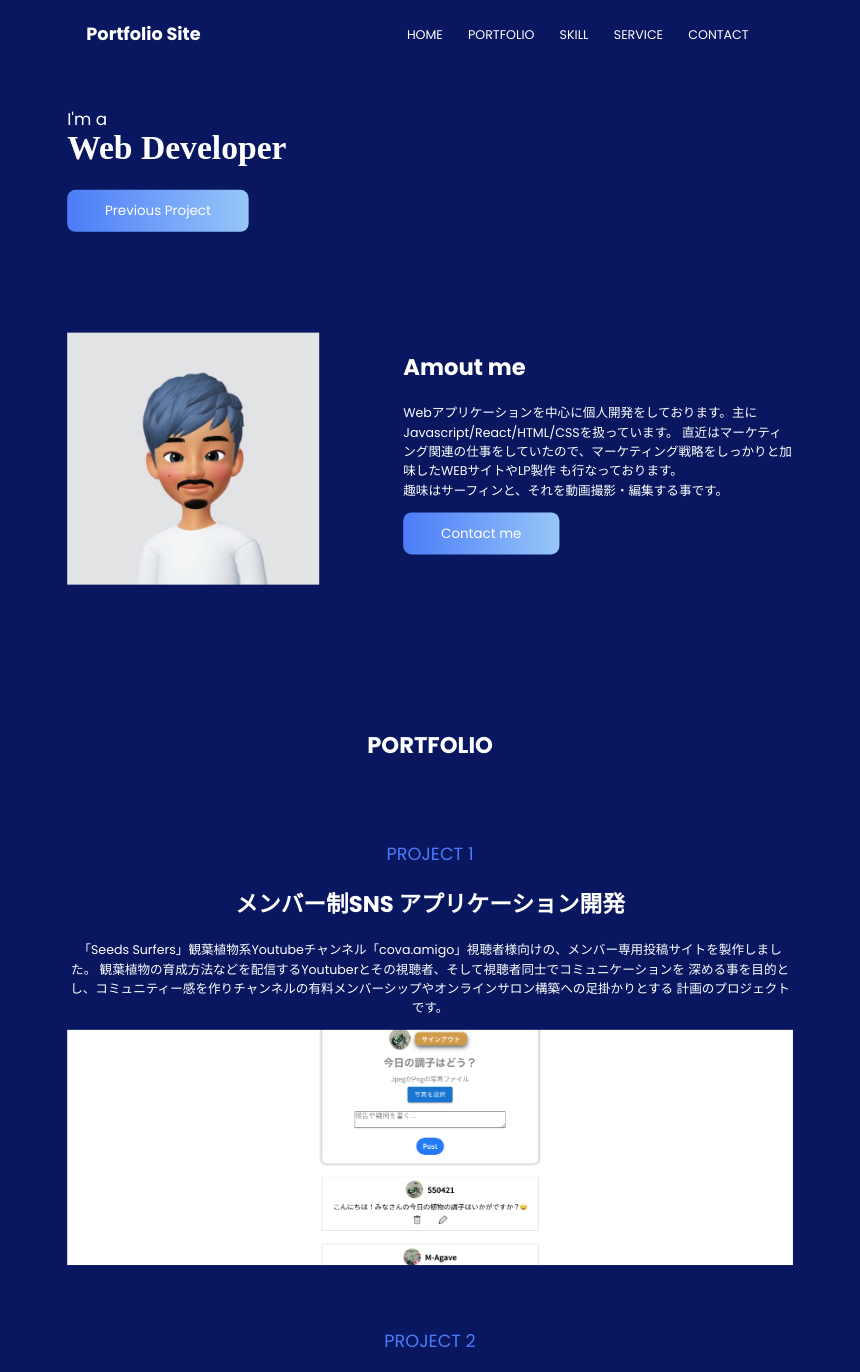
Repository: Seiya00002/my-portfolio-website2
Page: /
These files come from the project's save history. The page is drawn as it stood at one moment and after the next save; the edit follows.
The browser window is 1024 px wide. The pictures show the part of the page from y = 0 to 1633 px (the page is 4005 px tall), at 84% of full size.
Pictures or frames that could not be fetched are drawn as grey boxes. Some web fonts or font styles are not loaded; a fallback is used. The project was rebuilt for these pictures with package versions that can differ from the ones it lists, and the page was loaded fresh each time.

Above is the page before, as saved 2023-09-26 09:15:15.

After the next save:
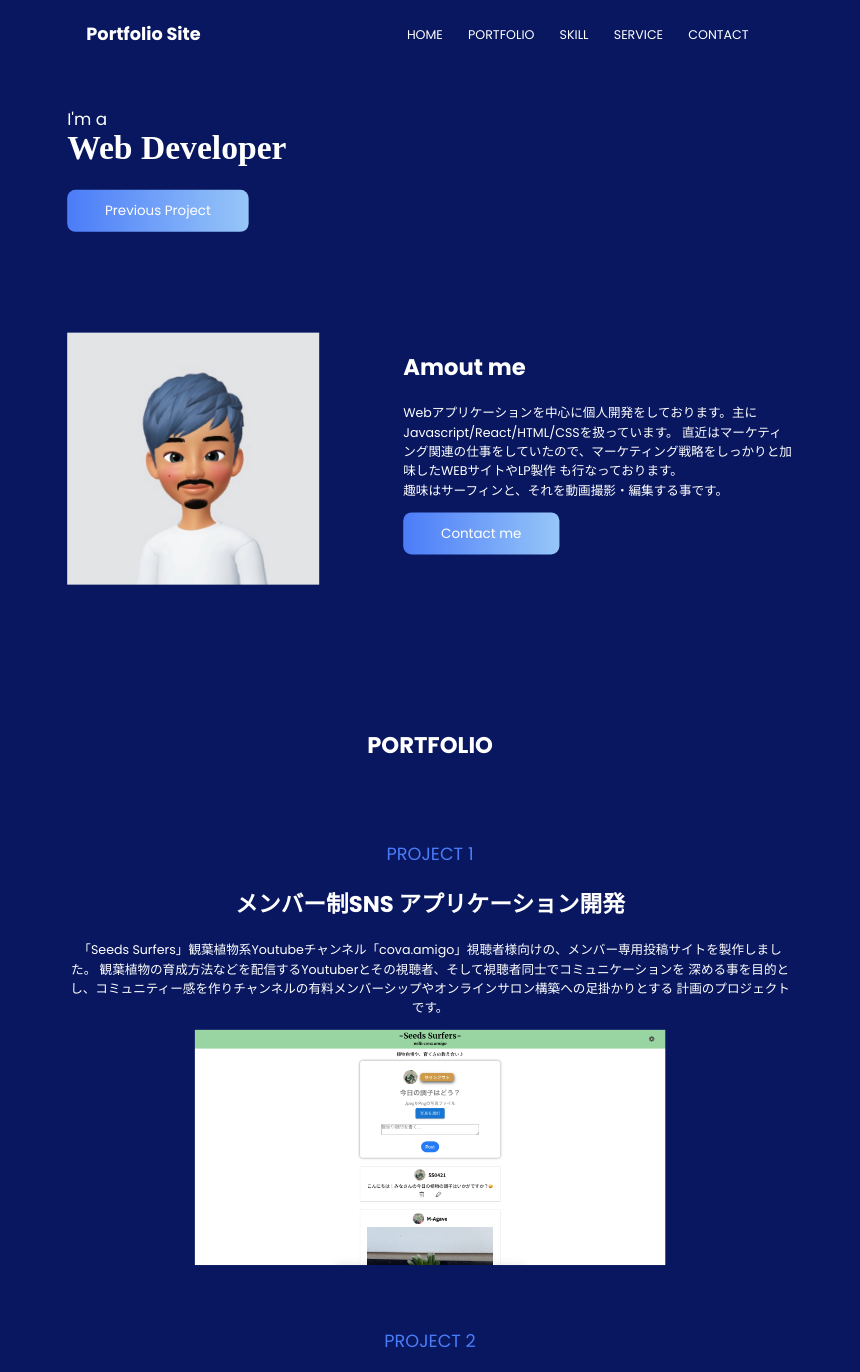
Saved 3 min 57 s later.
--- a/src/App.css
+++ b/src/App.css
@@ -173,7 +173,6 @@
     justify-content: center;
     text-align: center;
     width: 100%;
-    object-fit: cover;
   }
 
   .left-contents {
@@ -182,6 +181,8 @@
 
   .project img {
     width: 100%;
+    max-width: 560px;
+    max-height: 280px;
   }
 }
 
